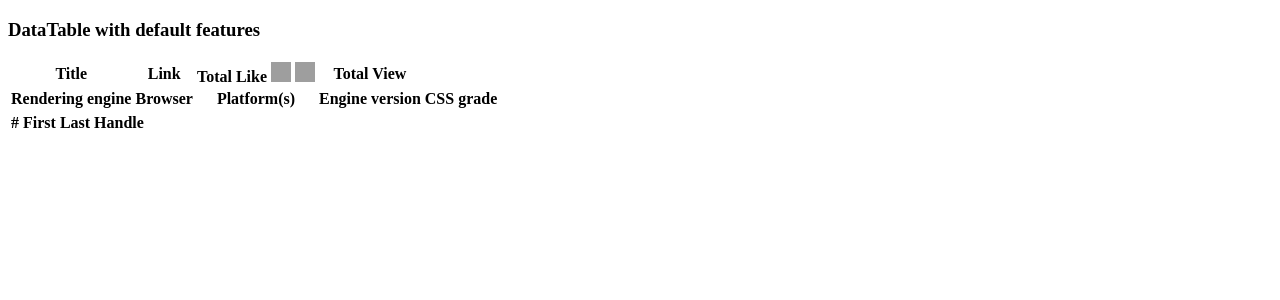
Repository: AnnPTit/Java04_jsp_servelet
Page: http://localhost/Asm/admins/home.jsp
These files come from the project's save history. The page is drawn as it stood at one moment and after the next save; the edit follows.
The browser window is 1280 px wide. The pictures show the whole page.
Pictures or frames that could not be fetched are drawn as grey boxes. Some web libraries are served in a nearby version. The page is served by Tomcat 9. Nobody is signed in. The application's start-up code is not run. Other server files are loaded and not shown. The template is opened directly, without the code that normally fills it, so the values that code supplies are empty.

Above is the page before, as saved 2023-03-24 15:08:43.

### Asm/src/main/webapp/admins/home.jsp
<%@ page language="java" contentType="text/html; charset=UTF-8"
	pageEncoding="UTF-8"%>
<%@ taglib uri="http://java.sun.com/jsp/jstl/core" prefix="c"%>
<!DOCTYPE html>
<html>
<head>
<meta charset="UTF-8">
<title>Home -Admin</title>
<link rel="stylesheet"
	href="https://cdnjs.cloudflare.com/ajax/libs/font-awesome/6.3.0/css/all.min.css"
	integrity="sha512-SzlrxWUlpfuzQ+pcUCosxcglQRNAq/DZjVsC0lE40xsADsfeQoEypE+enwcOiGjk/bSuGGKHEyjSoQ1zVisanQ=="
	crossorigin="anonymous" referrerpolicy="no-referrer" />
</head>
<body>
	<div class="card">
		<div class="card-header">
			<h3 class="card-title">DataTable with default features</h3>
		</div>

		<!-- /.card-header -->
		<div class="card-body">
			<table id="example1" class="table table-bordered table-striped">
				<thead>
					<tr>
						<th>Title</th>
						<th>Link</th>
						<th>Total Like <a class="" style="width: 20px; height: 20px"
							href="${pageContext.request.contextPath}/admins/Admin?page=home&action=sortUpLike"><img
								alt="" style="width: 20px; height: 20px"
								src="https://cdn-icons-png.flaticon.com/512/5422/5422517.png"></a>
							<a class="" style="width: 20px; height: 20px"
							href="${pageContext.request.contextPath}/admins/Admin?page=home&action=sortDownLike"><img
								alt="" style="width: 20px; height: 20px"
								src="https://cdn-icons-png.flaticon.com/512/5422/5422495.png"></a>
						<th>Total View</th>
					</tr>
				</thead>
				<c:forEach items="${listVideo}" var="x" varStatus="i">
					<tbody>
						<tr>
							<td>${x.title }</td>
							<td>${x.href }</td>
							<td>${x.like }</td>
							<td>${x.view}</td>
							<td><a
								href="${pageContext.request.contextPath}/admins/Admin?page=home&action=showUserLike&index=${x.id}">Show
									User Like</a></td>
						</tr>
					</tbody>
				</c:forEach>

				<tfoot>
					<tr>
						<th>Rendering engine</th>
						<th>Browser</th>
						<th>Platform(s)</th>
						<th>Engine version</th>
						<th>CSS grade</th>
					</tr>
				</tfoot>
			</table>
		</div>
		<!-- /.card-body -->
	</div>

	<%-- 	<div>
		<select class="form-select" aria-label="Default select example">
			<c:forEach items="${listVideo}" var="x">
				<option value=""> <a href="${pageContext.request.contextPath}/admins/Admin?page=home&action=getUserLike" type="submit"></a></option>
			</c:forEach>
		</select>
	</div> --%>
	<table class="table">
		<thead>
			<tr>
				<th scope="col">#</th>
				<th scope="col">First</th>
				<th scope="col">Last</th>
				<th scope="col">Handle</th>
			</tr>
		</thead>
		<c:forEach items="${ListUserLike }" var="x">
			<tbody>
				<tr>
					<td>${x.username }</td>
					<td>${x.email}</td>
				</tr>

			</tbody>
		</c:forEach>
	</table>
</body>
</html>

After the next save:
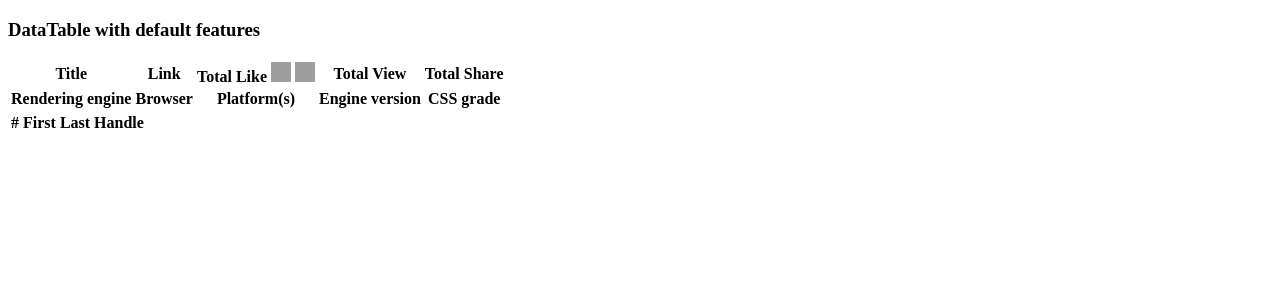
Saved 82 s later.
--- a/Asm/src/main/webapp/admins/home.jsp
+++ b/Asm/src/main/webapp/admins/home.jsp
@@ -33,6 +33,7 @@
 								alt="" style="width: 20px; height: 20px"
 								src="https://cdn-icons-png.flaticon.com/512/5422/5422495.png"></a>
 						<th>Total View</th>
+						<th>Total Share</th>
 					</tr>
 				</thead>
 				<c:forEach items="${listVideo}" var="x" varStatus="i">
